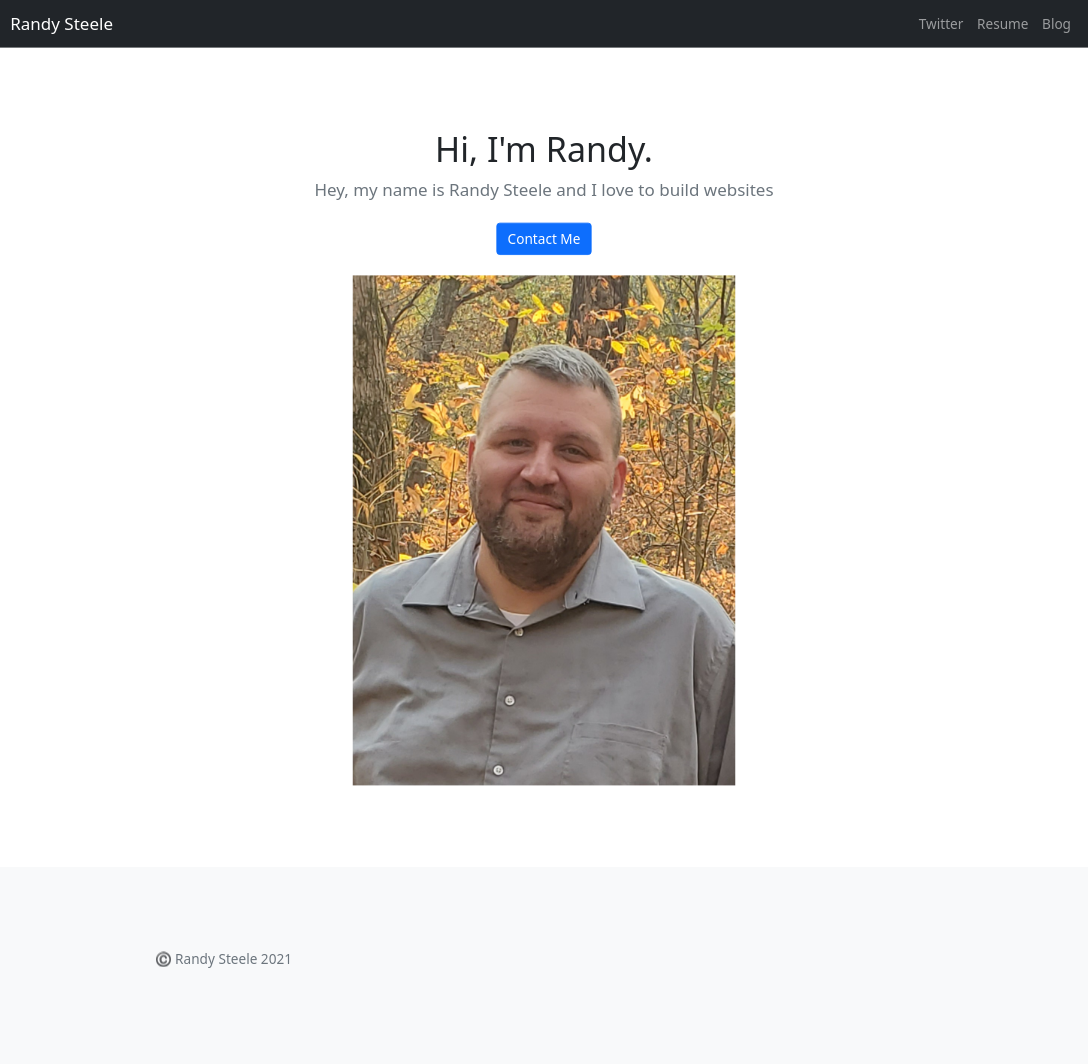
Repository: randysteele/my-portfolio
Page: http://localhost/
These files come from the project's save history. The page is drawn as it stood at one moment and after the next save; the edit follows.
The browser window is 1280 px wide. The pictures show the whole page, at 85% of full size.
The page is served by the project's application, run on Django 2.2 (manage.py). Queries for data that is not in the repository find no rows.

Above is the page before, as saved 2021-03-25 17:39:22.

After the next save:
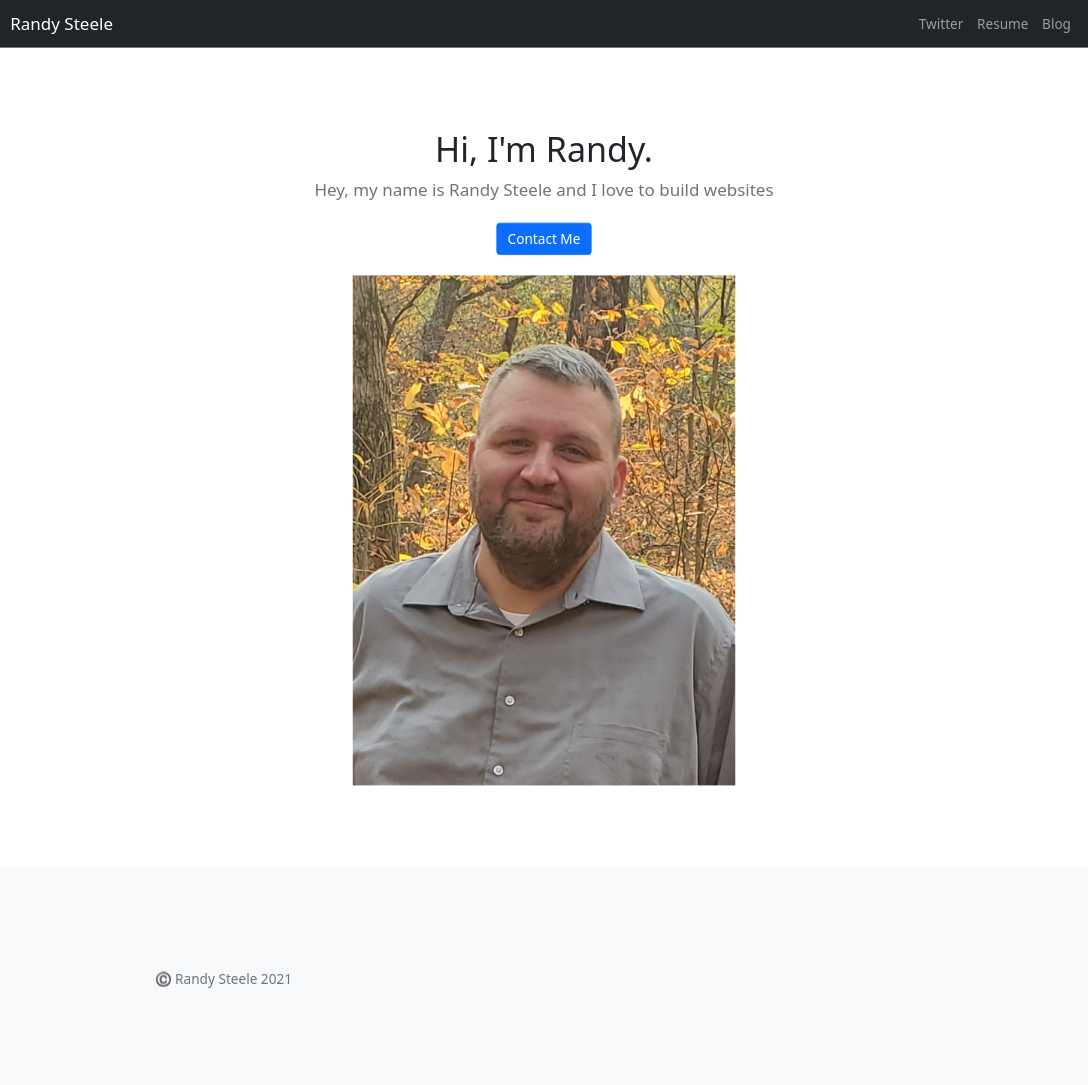
Saved 49 s later.
--- a/django-portfolio/jobs/templates/jobs/home.html
+++ b/django-portfolio/jobs/templates/jobs/home.html
@@ -108,7 +108,7 @@
                 </div>
                 {% endfor %}
     <footer class="text-muted py-5">
-        <div class="container text-center">
+        <div class="container text-center"><br />
             <p>©️ Randy Steele {% now "Y" %}</p>
 
 
